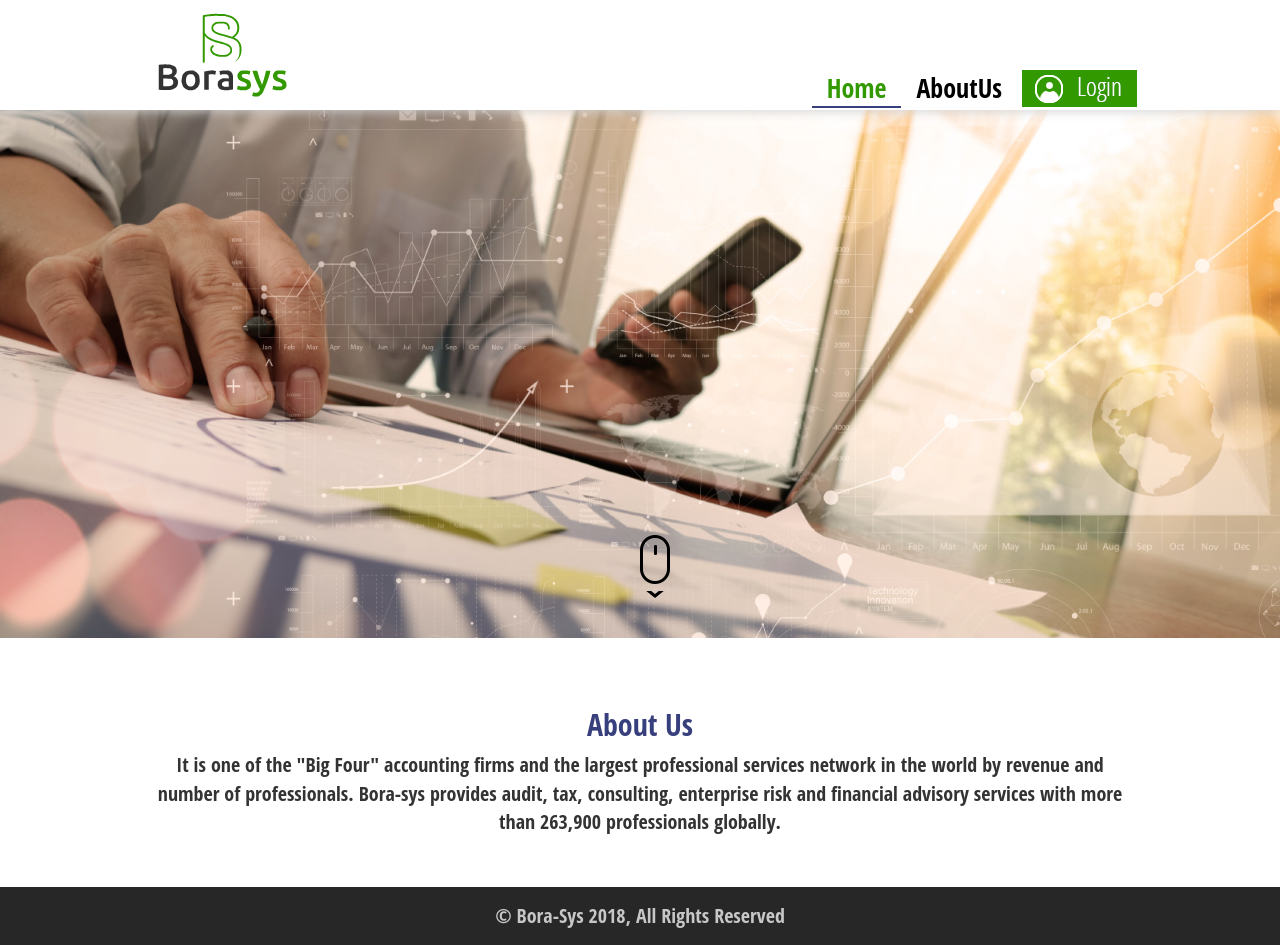
Repository: intkhabahmed/AcceleratedBootcampWebsites
Page: http://localhost/BoraSys/UI/index.jsp
These files come from the project's save history. The page is drawn as it stood at one moment and after the next save; the edit follows.
The browser window is 1280 px wide. The pictures show the whole page.
Some web fonts or font styles are not loaded; a fallback is used. The page is served by Tomcat 9. Nobody is signed in. The application's start-up code is not run. Other server files are loaded and not shown.

Above is the page before, as saved 2018-01-31 05:20:20.

### BoraSys/WebContent/UI/index.jsp
<%@ page language="java" contentType="text/html; charset=ISO-8859-1"
	pageEncoding="ISO-8859-1"%>
<%@taglib uri="http://java.sun.com/jsp/jstl/core" prefix="c"%>
<!DOCTYPE html>
<html>
<head>
<title>Bora-Sys</title>
<meta http-equiv="Content-Type" content="text/html; charset=ISO-8859-1">
<meta name="viewport" content="width=device-width, initial-scale=1.0">
<link rel="stylesheet" type="text/css" href="css/bootstrap.min.css">
<link rel="stylesheet" type="text/css" href="css/font-awesome.min.css">
<link rel="stylesheet" type="text/css" href="css/custom.css">
<link
	href='https://fonts.googleapis.com/css?family=Open Sans Condensed:300'
	rel='stylesheet'>
</head>
<body id="home">

	<jsp:include page="header.jsp"></jsp:include>


	<!-- <div class="row"> -->
	<div id="carousel-example-generic" class="carousel slide"
		data-ride="carousel">
		<!-- Indicators -->
		<img src="images/downarrow.png" alt="DownArrow" id="downarrow" />
		<!-- Wrapper for slides -->
		<div class="carousel-inner" role="listbox">
			<div class="item active">
				<img src="images/banner.png" alt="">
			</div>
		</div>

	</div>
	<!--end carousel-->

	<!-- </div> -->
	<div class="container">
		<hr>
		<div class="row">
			<div id="aboutus">
				<h2 align="center">About Us</h2>
				<p align="center">It is one of the "Big Four" accounting firms
					and the largest professional services network in the world by
					revenue and number of professionals. Bora-sys provides audit,
					tax, consulting, enterprise risk and financial advisory services
					with more than 263,900 professionals globally.</p>
			</div>
			<!--end aboutus-->
		</div>
		<hr>
	</div>
	<!--end container-->
	<div id="footer">
		<footer>
			<p align="center">&copy; Bora-Sys 2018, All Rights
				Reserved</p>
		</footer>
	</div>
	<div class="overlay" title="click to close"></div>
	<div id="loginWindow">
		<h2 align="center">Login Form</h2>
		<form class="form-vertical" method="post" action="login.html"
			id="login_form">
			<div class="form-group">
				<input type="text" name="username" required="required"
					class="form-control" placeholder="Enter UserName" /> <input
					type="password" name="password" required="required"
					class="form-control" placeholder="Enter Password" />

			</div>
			<div class="form-group">
				<h4><a href="#" class="pull-left">Forgot Password?</a></h4> <input
					type="submit" name="login_btn" id="login_btn" value="Login"
					class="pull-right btn btn-default" />
			</div>
		</form>
	</div>
	<div id="queryWindow">
		<h2 align="center">Query Form</h2>
		<form class="form-vertical" method="post" action="askQuery.html"
			id="query_form">
			<div class="form-group">
				<label class="form-label" for="receiver">Choose Company</label> <br>
				<input type="radio" name="receiver" required="required"
					value="BeneesFradia" /> BeneesFradia &nbsp;&nbsp;
				<input type="radio" name="receiver" value="QuickgunHeadley"/> QuickgunHeadley <br>
			</div>
			<div class="form-group">
				<textarea rows="4" class="form-control"
					placeholder="Enter the query" name="query"></textarea>
				<input type="submit" name="querySubmit_btn" id="querySubmit_btn"
					value="Send" class="form-control btn btn-default" />
			</div>
		</form>
	</div>

	<script type="text/javascript" src="js/jquery-3.1.0.min.js"></script>
	<script type="text/javascript" src="js/bootstrap.min.js"></script>
	<script type="text/javascript" src="js/custom.js"></script>
	<c:if test="${errorMessage ne null}">
		<%-- 	<div class="alert alert-danger" role="alert" >"${errorMessage}"</div> --%>
		<script>
			alert("${errorMessage}");
			showLoginPage();
		</script>
	</c:if>
	<c:if test="${successMessage ne null}">
		<%-- 	<div class="alert alert-success" role="alert">"${successMessage}"</div> --%>
		<script>
			alert("${successMessage}");
		</script>
	</c:if>
</body>
</html>

### BoraSys/WebContent/UI/header.jsp
<%@ page language="java" contentType="text/html; charset=ISO-8859-1"
    pageEncoding="ISO-8859-1"%>
<%@taglib uri="http://java.sun.com/jsp/jstl/core" prefix="c" %>
<nav class="navbar navbar-custom navbar-custom-fitting">
	  <div class="container">
	    <!-- Brand and toggle get grouped for better mobile display -->
	    <div class="navbar-header">
	      <button type="button" class="navbar-toggle collapsed" data-toggle="collapse" data-target="#bs-example-navbar-collapse-1" aria-expanded="false">
	        <span class="sr-only">Toggle navigation</span>
	        <span class="icon-bar"></span>
	        <span class="icon-bar"></span>
	        <span class="icon-bar"></span>
	      </button>
	      <a class="navbar-brand" href="index.html"><img src="images/BS_logo.png" alt="Bora-Sys"></a>
	    </div>

	    <!-- Collect the nav links, forms, and other content for toggling -->
	    <div class="collapse navbar-collapse" id="bs-example-navbar-collapse-1">
	      <ul class="nav navbar-nav navbar-right" id="main-nav">
	        <li class="active"><a href="#home">Home <span class="sr-only">(current)</span></a></li>
	        <li><a href="#aboutus">AboutUs</a></li>
	        <c:if test="${sessionScope.user.username eq null}">
	        <li id="login_button" onclick="showLoginPage()"><img src="images/loginbtn.png" class="img img-responsive"/></li>
	      	</c:if>
	      	<c:if test="${sessionScope.user.username ne null}">
	      	<li id="raiseQuery_btn"><a href="#">Support</a></li>
	        <li class="dropdown">
	          <a href="#" class="dropdown-toggle" data-toggle="dropdown" role="button" aria-haspopup="true" aria-expanded="false">${sessionScope.user.username } <span class="fa fa-angle-down"></span></a>
	          <ul class="dropdown-menu">
	            <li><a href="showProfile.html">View Profile</a></li>
	            <li><a href="logout.html">Logout</a></li>
	          </ul>
	        </li>
	        </c:if>
	      </ul>
	    </div><!-- /.navbar-collapse -->
	  </div><!-- /.container-fluid -->
	</nav>

### BoraSys/WebContent/css/custom.css
/****************************Common CSS**************************/

.padding-10x{
	padding: 10px;
}
.padding-5x{
	padding: 5px;
}
.padding-20x{
	padding: 20px;
}

.center{
	display: block;
	margin: 0 auto;
}
.no-margin {
	margin: 0;
}
.error {
	color: red;
}
.success {
	color: #5cb85c;
}
#errorBlock{
	position: absolute;
	top: 15%;
	width: 100%;
}
body {
	font-family: Open Sans Condensed !important;
	font-size: 20px !important;
}
.dropdown-menu {
	font-size: 18px;
    background-color: #000;
    opacity: 0.7;
    border: 1px solid #ccc;
    border: 1px solid rgba(0,0,0,.15);
    border-radius: 0px;
    top: 110%;
}
.dropdown-menu li a{
	color: #ffffff;
}
.dropdown-menu li a:hover {
	color: #339900;
	background: #000000;
	opacity: 1;
}
.dropdown> a{
	max-height: 36px;
}

input, button, .form-control, .btn {
	border-radius: 0px !important;
}

input[type=submit]:hover, .btn:hover {
	color: #333333;
}
p {
    margin: 0 10px;
}
/***********************Index Page*********************************/
hr {
	border-top: none;
}
#home {
	padding-top: 94px;
}
#formContainer {
	border-radius: 15px;
	padding: 10px;
	z-index: 1;
}

#login_btn_cover {
	padding: 3px;
}

#homeBannerImage{
	min-height: 370px;
	z-index: 1;
}

@media screen and (min-width: 991px){
	.navbar-custom-fitting {
		width: 100%;
	}
	.container {
		max-width: 1024px;
	}

	.navbar-brand {
		padding: 10px !important;
		height: auto;
	}
	#main-nav {
		margin-top: 39px;
		height: 53px;
		padding-top: 30px;
	}
	nav> .container {
		height: auto;
	}

	.carousel {
		width: 100%;

	}
	.carousel-inner>.item>img {
		width: 100%;
	}
	#loginWindow {
		width: 30vw;
		left: 35vw;
	}
	#uploadWindow {
		width: 40vw;
		left: 30vw;
	}
	#queryWindow {
		width: 30vw;
		left: 35vw;
	}
}

@media screen and (min-width: 768px) and (max-width: 990px){
	#main-nav {
		height: 40px;
		padding-top: 23px;
		margin-top: 30px;
	}

	.navbar-custom-fitting {
		width: 100%;
	}
	.navbar-brand {
		padding: 10px !important;
    	height: auto;
	}
	#login_button {
		margin-bottom: 2px;
	}
	nav> .container {
		height: 92px;
	}
	.carousel {
		width: 100%;
		height: 60vh;
	}
	.carousel-inner>.item>img {
		width: 100%;
		height: 60vh;
	}
	.container {
		max-width: 100%;
		width: 100%;
	}
	#loginWindow {
		width: 40vw;
		left: 35vw;
	}
	#uploadWindow {
		left: 30vw;
		width: 40vw;
	}
	#queryWindow {
		width: 40vw;
		left: 35vw;
	}
}

@media screen and (max-width: 767px){
	nav> .container {
		padding: 2px;
		width: 100%;
		height: auto;
	}

	.navbar-custom-fitting {
		width: 100%;
	}
	.navbar-brand {
		padding: 0px 25px !important;
	}
	.navbar-header {
		height: 90px;
	}
	#main-nav {
		margin-top: 39px;
		background-color: #ffffff;
   	 	padding: 15px;

	}
	#login_button {
		margin: 5px 15px;
	}
	.carousel {
		width: 100%;
		height: 50vh;
		margin: 0 auto;
	}
	.carousel-inner>.item>img {
		width: 100%;
		height: 50vh;
	}
	.container {
		max-width: 100%;
		width: 100%;
	}
	#loginWindow, #uploadWindow, #queryQindow {
		width: 100%;
	}
	#shortcut_links .col-sm-4 img {
		display: block;
		margin: 0 auto;
		width: 100%;
	}
	.navbar-toggle {
		margin-top: 30px;
    	margin-right: 45px;
	}
}
.navbar-nav {
	font-size: 26px !important;
}
#login_button {
	cursor: pointer;
	margin-left: 5px;
}
.navbar-nav> .active a {
	border-bottom: 2px solid #373f7c ;
	color: #339900 !important;
	background-color: transparent !important;
}

.navbar {
	border-radius: 0px;
}

.navbar-custom {
	background: #FFFFFF;
}

.navbar-nav a {
	transition: all 0.5s ease-in-out;
}

.contact-form-fields input {
	margin: 3px 0;
}

.navbar-nav a{
	color: #000000;
}

.navbar-custom-fitting {
	position: fixed;
	top: 0;
	z-index: 1030;
	box-shadow: -1px 1px 11px 0px #d2d2d2;
}

.navbar-nav>li>a {
	padding: 8px 15px !important;
}

/***********************UserProfile Page*********************************/
.navbar-toggle>.icon-bar {
	background-color: #000000;
}
.navbar-toggle {
	border-color: #000000;
}
.navbar-toggle:hover {
	border-color: #333333;
	background-color: #eeeeee;
}

/***********************Footer******************************************/
#footer {
	background: #282727;
	color: #c7c7c7;
	width: 100%;
	padding: 15px;
}

#footerSpace{
	margin-top: 65px;
}

/***********************Error Page*********************************/
#errorBlock{
	position: absolute;
	top: 15%;
	width: 100%;
}

/***********************Login Modal View*********************************/
.overlay {
	position: fixed;
	top: 0;
	left: 0;
	width: 100%;
	opacity: 0.7;
	min-height: 100%;
	display: none;
	background-color: #000000;
	z-index: 1031;
	cursor: pointer;
}
#loginWindow, #uploadWindow, #queryWindow {
	position: fixed;
	top: 25vh;
	z-index: 1032;
	opacity: 1;
	display: none;
	color: #ffffff;
	background-color: #339900;
	padding: 10px;
}
#loginWindow a {
	color: #eeeeee;
}

#login_form input, #upload_form input, #query_form input{
	margin: 10px 0;

}

textarea {
    resize: none;
}

#left-control-button, #right-control-button {
	padding-bottom: 5px;
	background-color: #ffffff;
	color: #000000;
}

#aboutus {
	padding: 10px;

}
#aboutus h2 {
	color: #373f7c;
}
.carousel-control {
	top: 50%;
}
.carousel-control.left, .carousel-control.right {
	background-image: none;
}

#downarrow {
	position: absolute;
	bottom: 40px;
	left: 50%;
	z-index: 1;
}


#profile_logo_container {
	box-shadow: 0px 1px 11px 0px #d2d2d2;
	padding: 5px;
	width: 100%;
}
#login_btn, #querySubmit_btn {
	background: #ffffff;
}
#login_btn:hover, #querySubmit_btn:hover {
	color: #373f7c;
}
input[type=submit], .btn {
	font-size: 26px;
	padding-top: 0px;
	border: 0px;
	background: #373f7c;
}
input[type=submit]:active, .btn:active {
	background: #373f7c !important;
}
input[type=submit]:hover, .btn:hover {
	background: #373f7c;
	color: #eeeeee;
}

### BoraSys/WebContent/js/custom.js
$(function(){
	$("nav a").click(function(){
		$('html, body').animate({
        scrollTop: $(this.hash).offset().top
    }, 1500);
    return false;
	});

	$("nav a").click(function(){
		$("nav li").removeClass("active");
		$(this).parent().addClass("active");
	});


	$(".overlay").on('click', function(){
		$(this).fadeOut();
		$("#loginWindow").fadeOut();
		$("#uploadWindow").fadeOut();
		$("#queryWindow").fadeOut();
	});

	$("#uploadForm, #uploadForm_shortcut").on('click', function(){
		$(".overlay").fadeIn();
		$("#uploadWindow").fadeIn();
		return false;
	});

	$("#raiseQuery_btn").on('click', function(){
		$(".overlay").fadeIn();
		$("#queryWindow").fadeIn();
	});

	$(".carousel-control.left").mouseenter(function(){
		$("#left-indicator img").attr("src", "images/leftarrow_ro.png");
	});
	$(".carousel-control.right").mouseenter(function(){
		$("#right-indicator img").attr("src", "images/rightarrow_ro.png");
	});

	$(".carousel-control.left").mouseleave(function(){
		$("#left-indicator img").attr("src", "images/leftarrow.png");
	});
	$(".carousel-control.right").mouseleave(function(){
		$("#right-indicator img").attr("src", "images/rightarrow.png");
	});

	$("#proposalSubmit_btn").bind('click', function(){
		var input = document.getElementById("fileInput");
		if(input.files[0].size >= 10485760){
			alert("File size should be less than 10MB");
			return false;
		}else{
			$("#upload_form").attr("action", "uploadFile.html");
			return true;
		}
	});

	$("#login_button img").mouseenter(function(){
		$(this).attr("src", "images/loginbtn_over.png");
	});
	$("#login_button img").mouseleave(function(){
		$(this).attr("src", "images/loginbtn.png");
	});

});
function showLoginPage(){
	$(".overlay").fadeIn();
	$("#loginWindow").fadeIn();
}
function showAlert(value){
	alert(value.text());
}

Loaded but not shown: BoraSys/WebContent/css/bootstrap.min.css (library); BoraSys/WebContent/css/font-awesome.min.css (library); BoraSys/WebContent/js/jquery-3.1.0.min.js (library); BoraSys/WebContent/js/bootstrap.min.js (library)

After the next save:
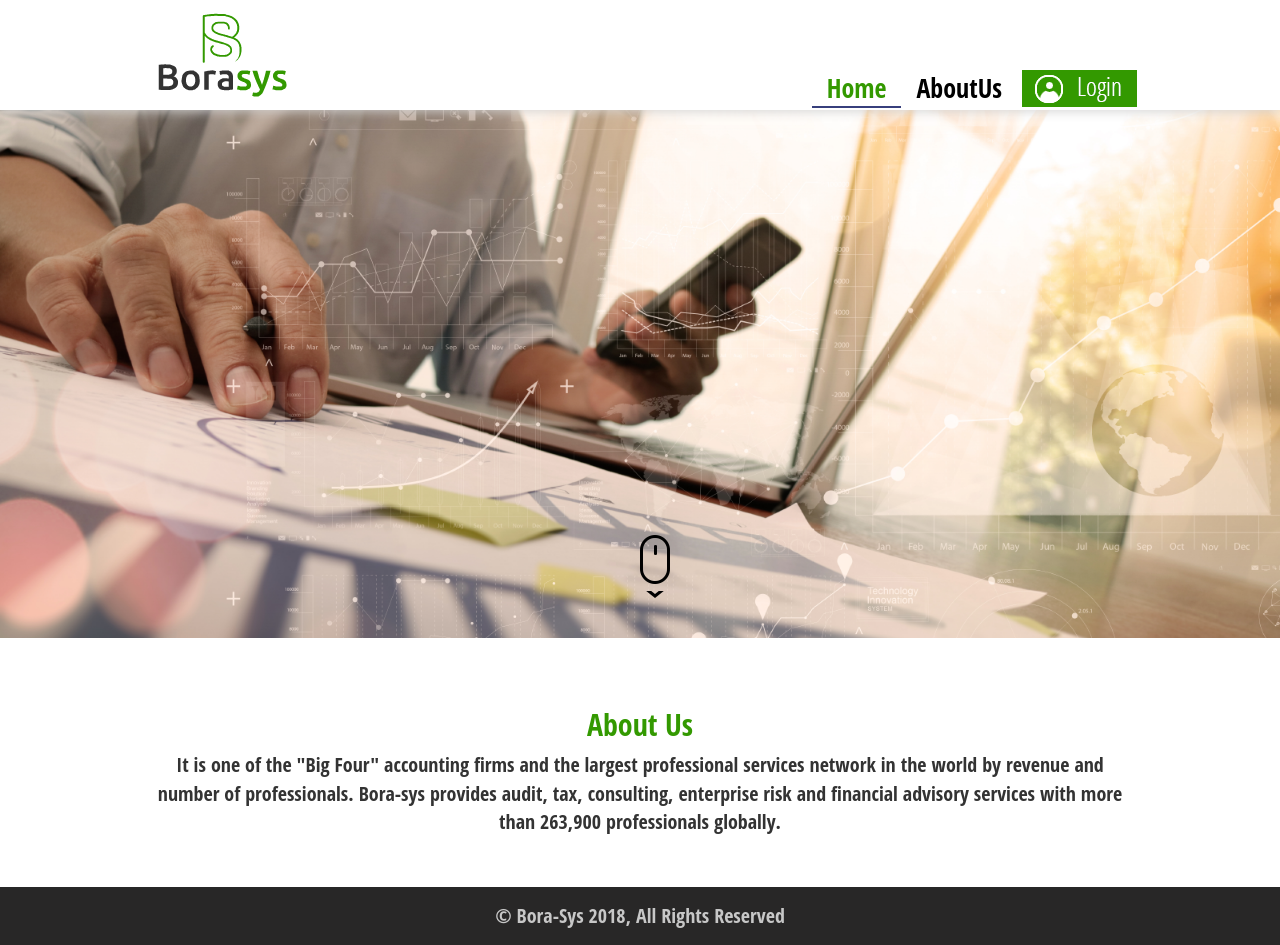
Saved 15 s later.
--- a/BoraSys/WebContent/css/custom.css
+++ b/BoraSys/WebContent/css/custom.css
@@ -346,7 +346,7 @@ textarea {
 
 }
 #aboutus h2 {
-	color: #373f7c;
+	color: #339900;
 }
 .carousel-control {
 	top: 50%;
